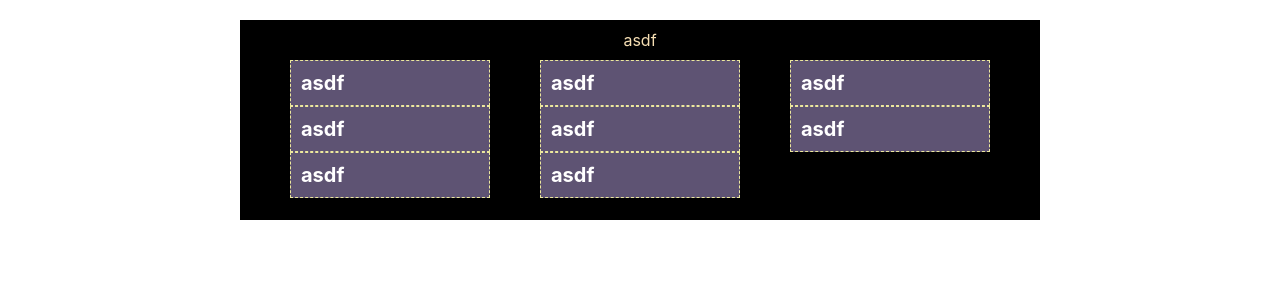
Repository: MiroslavWise/test-gallery
Page: /
The author's editor kept a copy of each file at every save. The page is drawn from the files as they stood at one save, then again after the next save.
The browser window is 1280 px wide. The pictures show the whole page.
The page's requests for data from a server got no answer. The project was rebuilt for these pictures with package versions that can differ from the ones it lists, and the page was loaded fresh each time. No one was signed in, and anything a server would have sent is missing.

Above is the page before, as saved 2022-06-22 17:13:52.

### src/index.scss
$mediaDesctop: 1368px;
$mediaMobile: 1024px;

body {
  margin: 0;
  font-family: -apple-system, BlinkMacSystemFont, 'Segoe UI', 'Roboto', 'Oxygen',
    'Ubuntu', 'Cantarell', 'Fira Sans', 'Droid Sans', 'Helvetica Neue',
    sans-serif;
  -webkit-font-smoothing: antialiased;
  -moz-osx-font-smoothing: grayscale;
  display: flex;
  justify-content: center;
  padding-top: 20px;
}

code {
  font-family: source-code-pro, Menlo, Monaco, Consolas, 'Courier New',
    monospace;
}

.container_gallery{
  display: flex;
  flex-direction: column;
  width: 800px;
  background-color: black;
  height: 200px;
}

.filter_author{
  display: inherit;
  color: wheat;
  flex-direction: row;
  justify-content: center;
  padding: 10px;
}
.container_photos{
  display: grid;
  grid-auto-flow: row;
  grid-template: 1fr / repeat(3,200px);
  justify-content: space-evenly;
  align-content: space-evenly;
}

.grid__item{

  background-color: #5e5373;
  border: 1px dashed #ece89d;
  padding: 10px;
  color: #fff;
  font-size: 20px;
  font-weight: 700;
  }


@media (max-width: $mediaMobile){
  .container_gallery{
    background-color: red;
  }
}

### src/App.js
import { useEffect, useState } from 'react';
import axios from 'axios'
import {PhotoGallery} from './Gallery/PhotoGallery'

function App() {
  const [albums, setAlbums] = useState([])
  const [page, setPage] = useState(0)
  console.log(albums)
  useEffect(()=>{
    axios.get(`https://api.unsplash.com/photos?page=${page}&per_page=9`,
      {
        headers:{
          Authorization: 'Client-ID nzS8A2gg-qkb_Rkk3GWVF3hqC_1-DYO7CnaOCsShYSU'
        }

      }
    )
      .then(data => {
        setAlbums([...albums ,...data?.data])
      })
      .catch(e=>{console.warn(e)})
  }, [page])

  const getPage = () => {
    setPage(page + 1)
  }
  return (
   <>
    <PhotoGallery albums={albums} getPage={getPage}/>
   </>
  );
}

export default App;

### src/Gallery/PhotoGallery.jsx
import React from 'react'

const PhotoGallery = ({albums, getPage}) => {

        return(
                <div className='container_gallery'>
                        <div className='filter_author'>
                                asdf
                        </div>
                        <div className='container_photos'>
                                <div className='grid__item'>asdf</div>
                                <div className='grid__item'>asdf</div>
                                <div className='grid__item'>asdf</div>
                                <div className='grid__item'>asdf</div>
                                <div className='grid__item'>asdf</div>
                                <div className='grid__item'>asdf</div>
                                <div className='grid__item'>asdf</div>
                                <div className='grid__item'>asdf</div>
                        </div>
                </div>
        )
}

export {PhotoGallery}

Loaded but not shown: public/index.html (common file); src/index.js (common file)

After the next save:
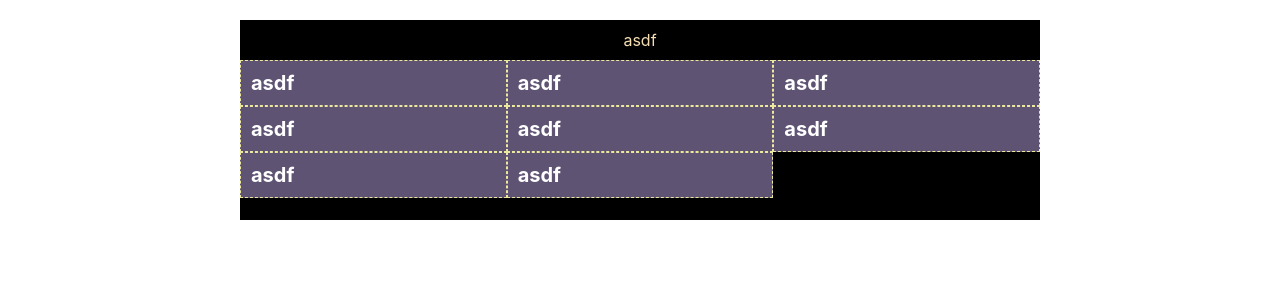
Saved 16 s later.
--- a/src/index.scss
+++ b/src/index.scss
@@ -36,7 +36,7 @@
 .container_photos{
   display: grid;
   grid-auto-flow: row;
-  grid-template: 1fr / repeat(3,200px);
+  grid-template: 1fr / repeat(3,1fr);
   justify-content: space-evenly;
   align-content: space-evenly;
 }
